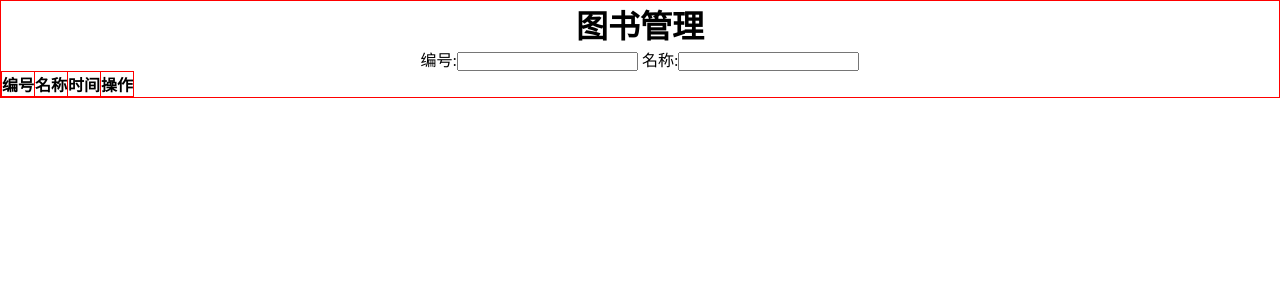
Repository: chenguocan/Vue_demo_1
Page: vue_demo_03/图书管理.html
The author's editor kept a copy of each file at every save. The page is drawn from the files as they stood at one save, then again after the next save.
The browser window is 1280 px wide. The pictures show the whole page.

Above is the page before, as saved 2020-07-21 16:02:41.

After the next save:
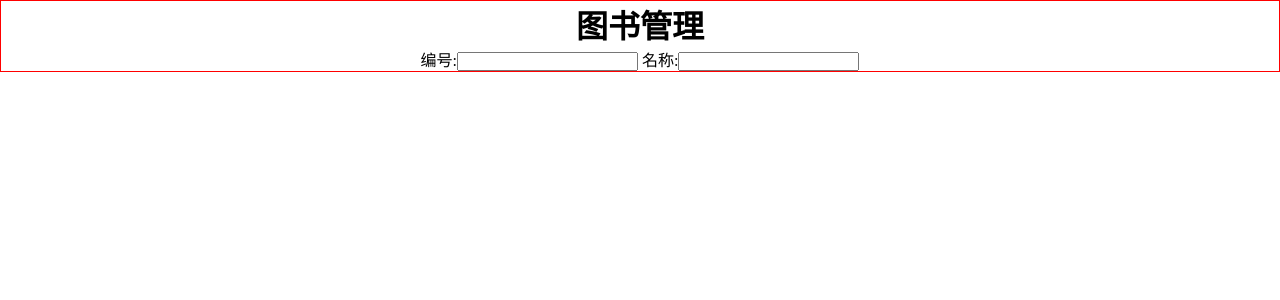
Saved 9 s later.
--- a/vue_demo_03/图书管理.html
+++ b/vue_demo_03/图书管理.html
@@ -34,13 +34,7 @@
       </table>
       <table>
         <thead>
-          <tr>
-            <th>编号</th>
-            <th>名称</th>
-            <th>时间</th>
-            <th>操作</th>
-          </tr>
-        </thead>
+
       </table>
     </div>
   </body>

After the save that followed:
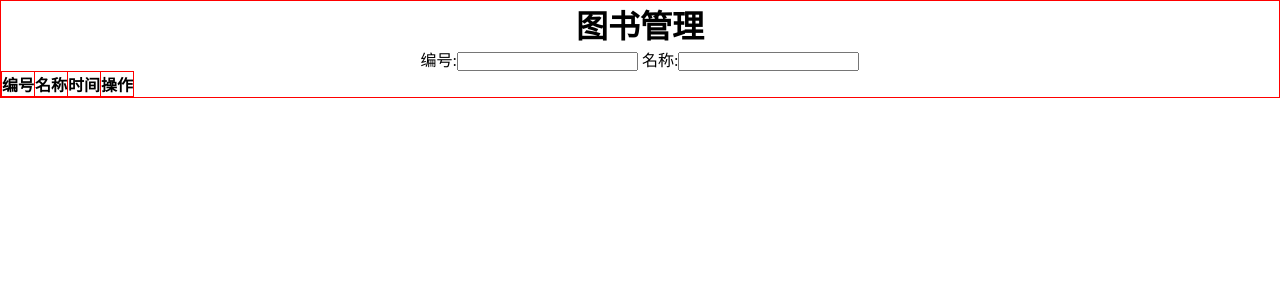
Saved 11 s later.
--- a/vue_demo_03/图书管理.html
+++ b/vue_demo_03/图书管理.html
@@ -31,11 +31,16 @@
           编号:<input type="text" name="id" />
           名称:<input type="text" name="bookname" />
         </tr>
+        <thead>
+          <tr>
+            <th>编号</th>
+            <th>名称</th>
+            <th>时间</th>
+            <th>操作</th>
+          </tr>
+        </thead>
       </table>
-      <table>
-        <thead>
-
-      </table>
+      <table></table>
     </div>
   </body>
   <script src="./js/vue.js"></script>
